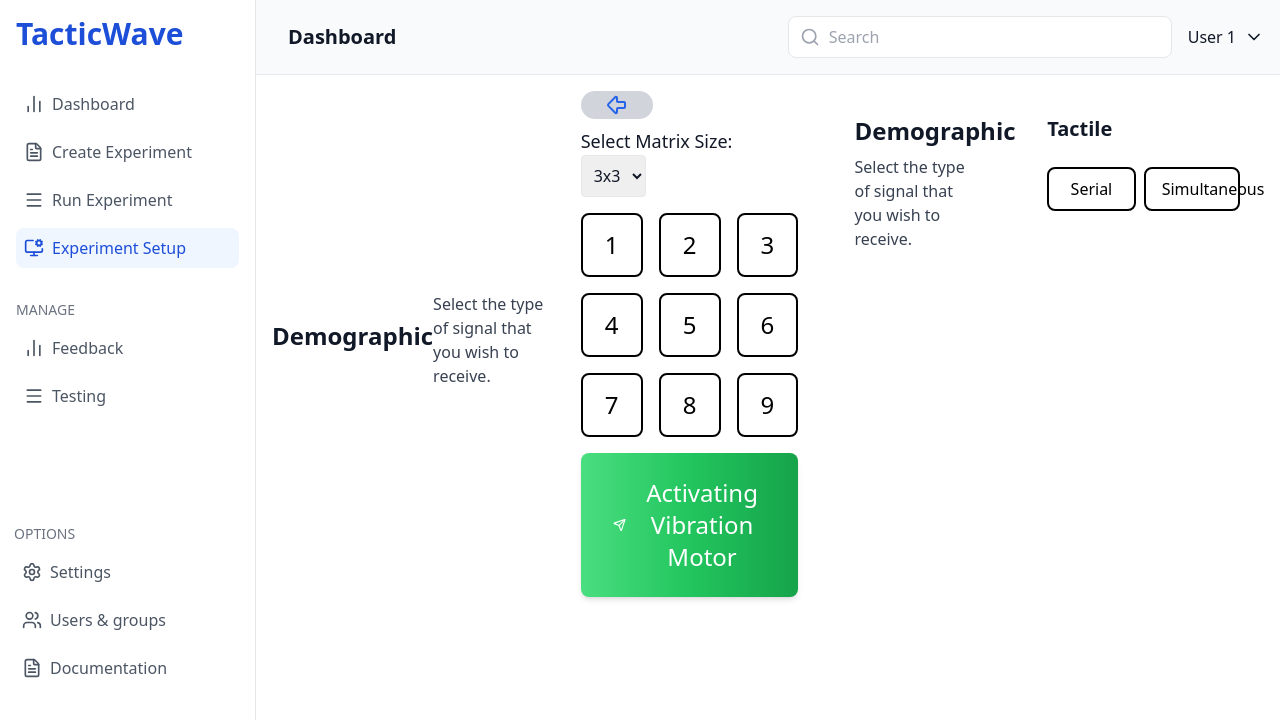
Repository: Nguyenle23/TacticWave
Page: /setup (app in Client/)
The author's editor kept a copy of each file at every save. The page is drawn from the files as they stood at one save, then again after the next save.
The browser window is 1280 px wide. The pictures show the whole page.
The project was rebuilt for these pictures with package versions that can differ from the ones it lists, and the page was loaded fresh each time. Also part of the build but not shown: Client/vite.config.js, Client/src/components/commons/Modal.jsx, Client/src/components/dashboard/ExperimentList/ExperimentItem.jsx, Client/src/components/dashboard/ExperimentList/ExperimentList.jsx, Client/src/components/dashboard/Statistics/StatisticsCard.jsx, Client/src/components/dashboard/Statistics/Statistics.jsx, Client/src/components/dashboard/Dashboard.jsx, Client/src/pages/DashboardPage.jsx and 7 more.

Above is the page before, as saved 2024-12-06 20:01:03.

After the next save:
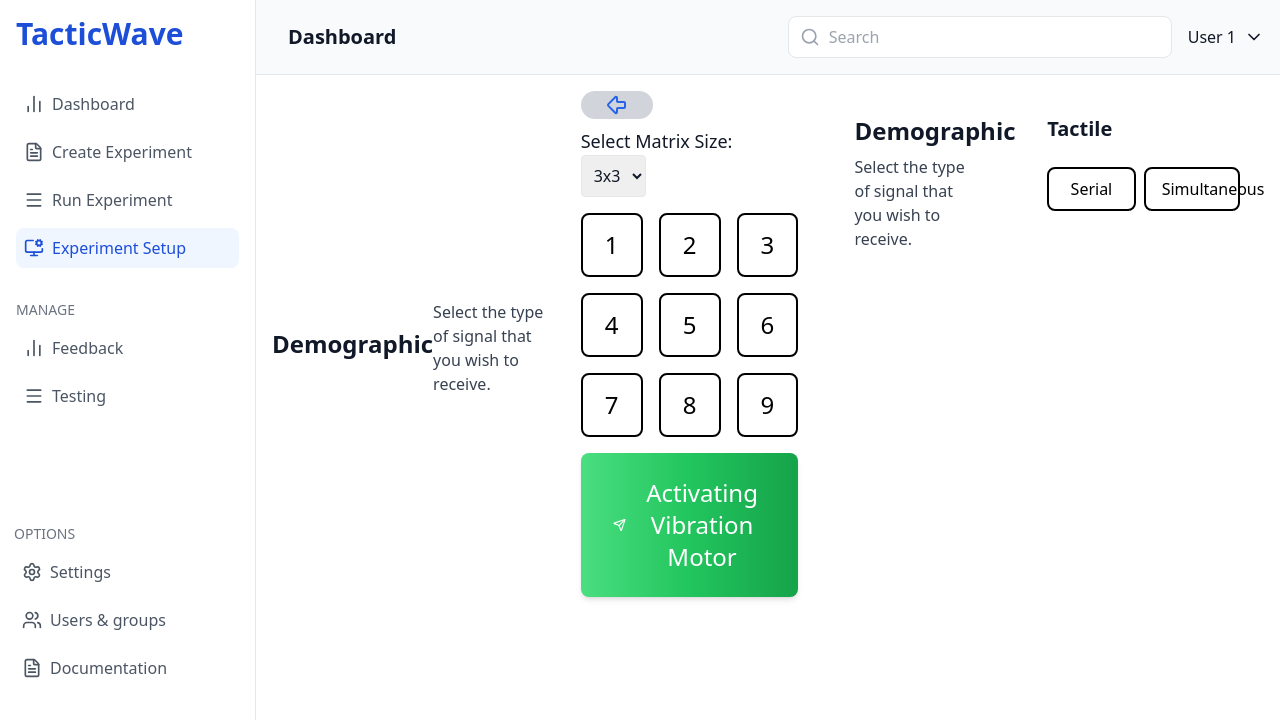
Saved 82 s later.
--- a/Client/src/components/dashboard/ExperimentSetup/ExperimentSetup.jsx
+++ b/Client/src/components/dashboard/ExperimentSetup/ExperimentSetup.jsx
@@ -151,8 +151,8 @@
 
   return (
     <div className="flex flex-col md:flex-row w-full h-fit bg-gray-10 gap-8 my-4 px-4">
-              {/* Setup demographic*/}
-        <div className = "flex items-center justify-between mb-2">
+      {/* Setup demographic*/}
+        <div className = "mt-4 flex items-center justify-between mb-2">
           <h1 className="text-2xl font-bold mb-2">Demographic</h1>
           <p className="text-gray-700">
             Select the type of signal that you wish to receive.
@@ -168,8 +168,6 @@
             <ArrowBigLeft />
           </Link>
         </div>
-
-
 
         <div className="mb-4">
           <label htmlFor="matrix-size" className="mr-2 text-lg font-medium">

After the 2 saves that followed:
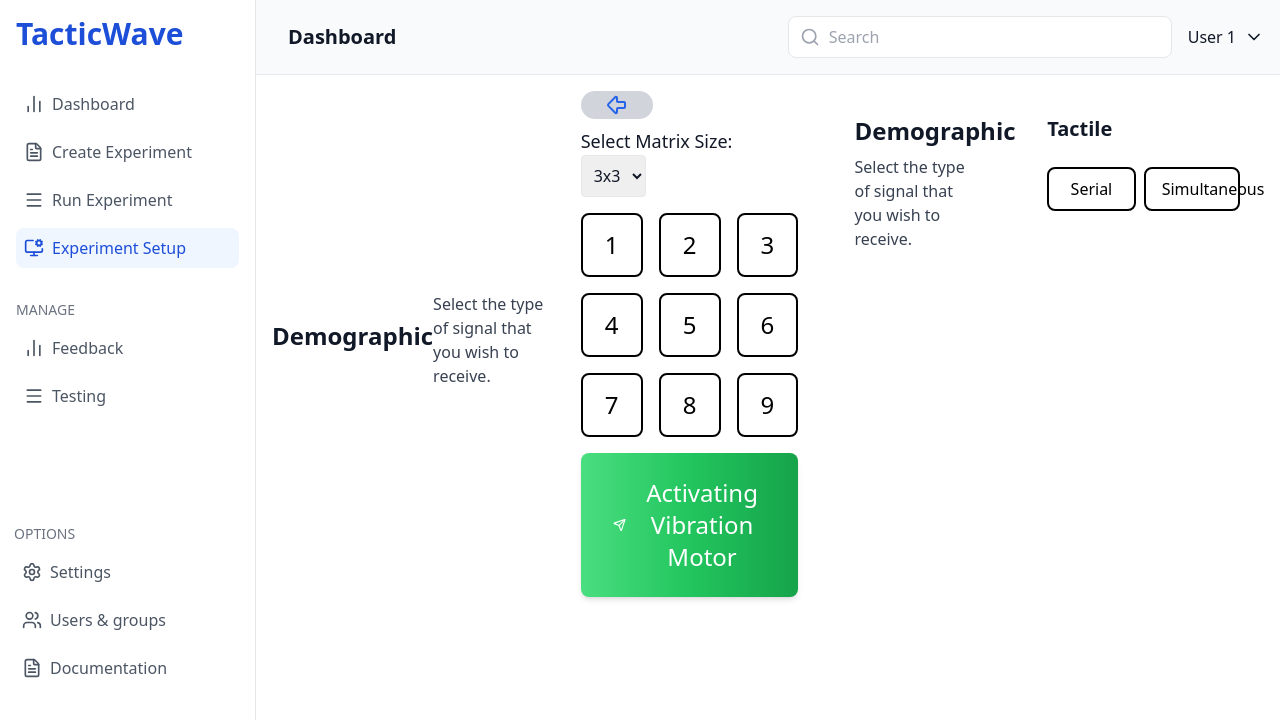
The 2 saves are shown as one change because 1 did not build or start.
The last was saved 5 min 17 s later.
--- a/Client/src/components/dashboard/ExperimentSetup/ExperimentSetup.jsx
+++ b/Client/src/components/dashboard/ExperimentSetup/ExperimentSetup.jsx
@@ -152,7 +152,7 @@
   return (
     <div className="flex flex-col md:flex-row w-full h-fit bg-gray-10 gap-8 my-4 px-4">
       {/* Setup demographic*/}
-        <div className = "mt-4 flex items-center justify-between mb-2">
+        <div className = "flex items-center justify-between mb-2">
           <h1 className="text-2xl font-bold mb-2">Demographic</h1>
           <p className="text-gray-700">
             Select the type of signal that you wish to receive.
